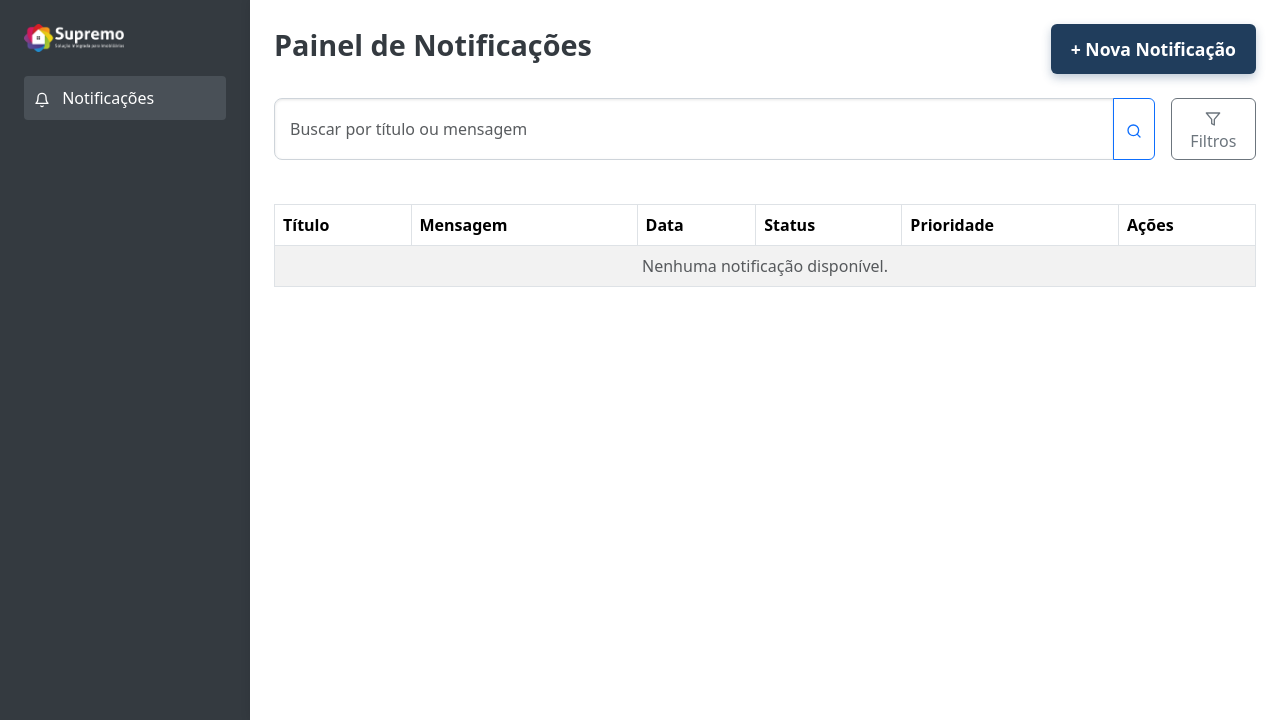
Repository: ryanmarinhodev/Supremo-teste-tecnico
Page: /notifications
The author's editor kept a copy of each file at every save. The page is drawn from the files as they stood at one save, then again after the next save.
The browser window is 1280 px wide. The pictures show the whole page.
The project was rebuilt for these pictures with package versions that can differ from the ones it lists, and the page was loaded fresh each time. Also part of the build but not shown: src/App.css, src/Components/Login/index.jsx.

Above is the page before, as saved 2024-11-07 18:07:01.

After the next save:
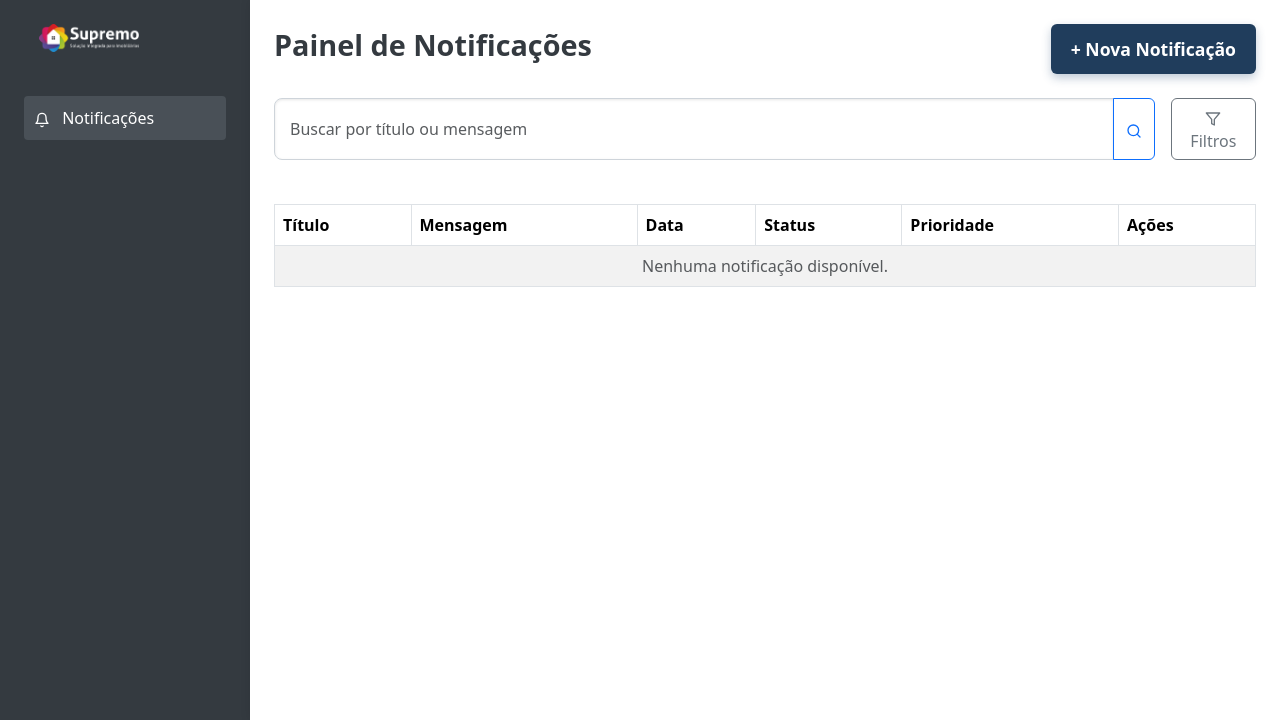
Saved 9 s later.
--- a/src/Components/Notifications/notification.css
+++ b/src/Components/Notifications/notification.css
@@ -13,8 +13,7 @@
 
 .logo {
     width: 100px;
-    display: flex;
-    justify-content: flex-end;
+    margin-left: 15px;
 }
 
   .sidebar h4 {
